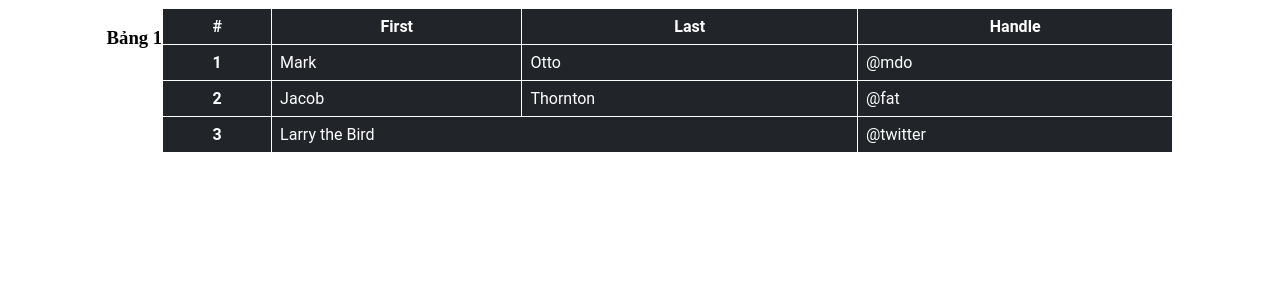
Repository: ThuatDev/BTVN_FE_JUNE
Page: index.html
These files come from the project's save history. The page is drawn as it stood at one moment and after the next save; the edit follows.
The browser window is 1280 px wide. The pictures show the whole page.

Above is the page before, as saved 2023-08-02 15:21:30.

After the next save:
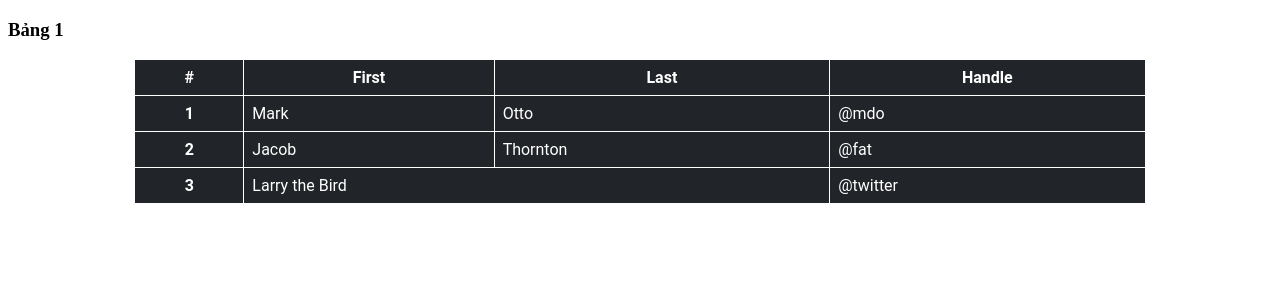
Saved 18 s later.
--- a/index.html
+++ b/index.html
@@ -69,8 +69,8 @@
     </style>
   </head>
   <body>
+    <h3>Bảng 1</h3>
     <div class="table-container">
-      <h3>Bảng 1</h3>
       <table class="table text-white table-bordered bg-dark">
         <thead>
           <tr>
